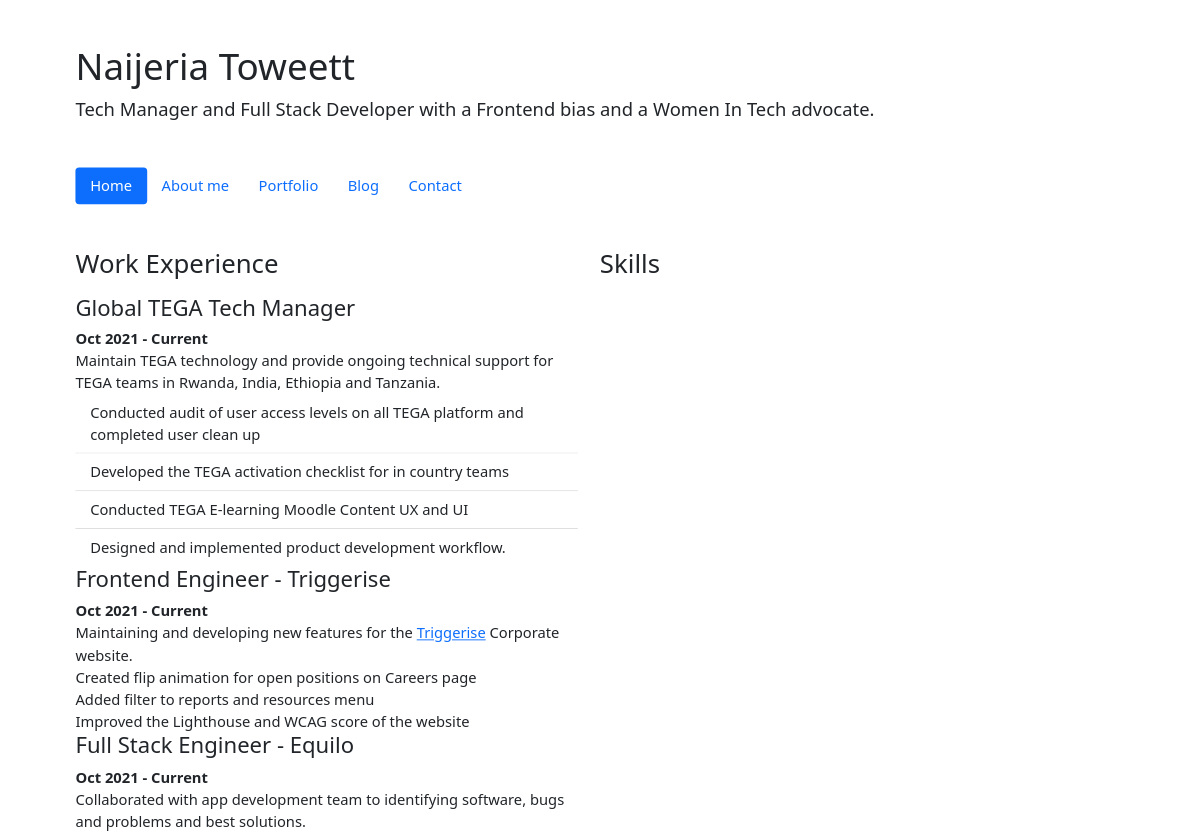
Repository: mamatechafrica/portfolio
Page: index.html
The author's editor kept a copy of each file at every save. The page is drawn from the files as they stood at one save, then again after the next save.
The browser window is 1280 px wide. The pictures show the whole page, at 92% of full size.

Above is the page before, as saved 2022-01-04 16:20:14.

After the next save:
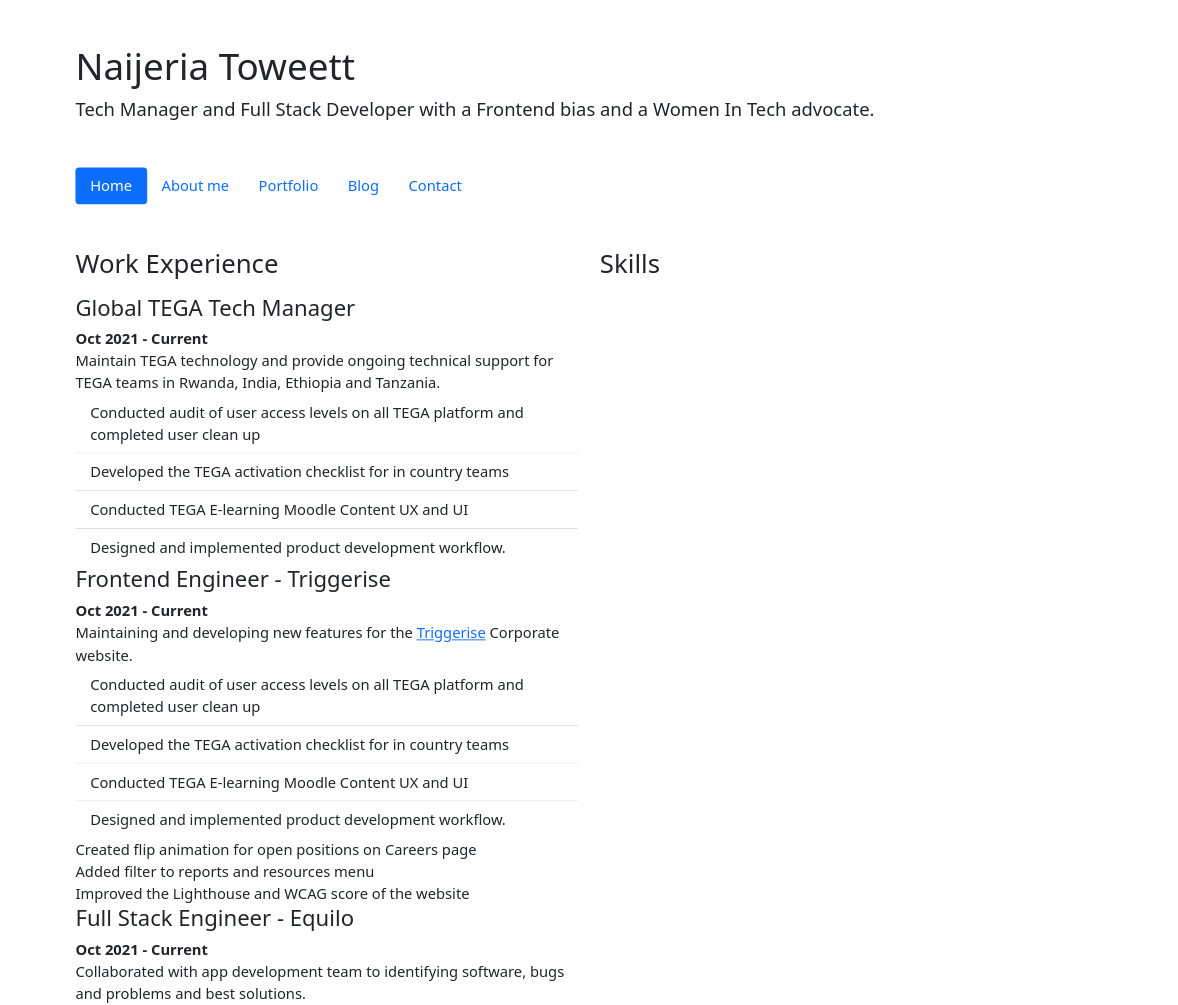
Saved 14 s later.
--- a/index.html
+++ b/index.html
@@ -62,6 +62,12 @@
                         <strong>Oct 2021 - Current</strong>
                     </div>
                         Maintaining and developing new features for the <a href="https://triggerise.org/">Triggerise</a> Corporate website.
+                        <ul class="list-group list-group-flush">
+                            <li class="list-group-item">Conducted audit of user access levels on all TEGA platform and completed user clean up</li>
+                            <li class="list-group-item">Developed the TEGA activation checklist for in country teams</li>
+                            <li class="list-group-item">Conducted TEGA E-learning Moodle Content UX and UI</li>
+                            <li class="list-group-item">Designed and implemented product development workflow.</li>
+                        </ul>
                     <ul class="list-group list-group-flush">
                         <li class="list-group list-group-flush">Created flip animation for open positions on Careers page</li>
                         <li class="list-group list-group-flush">Added filter to reports and resources menu</li>
